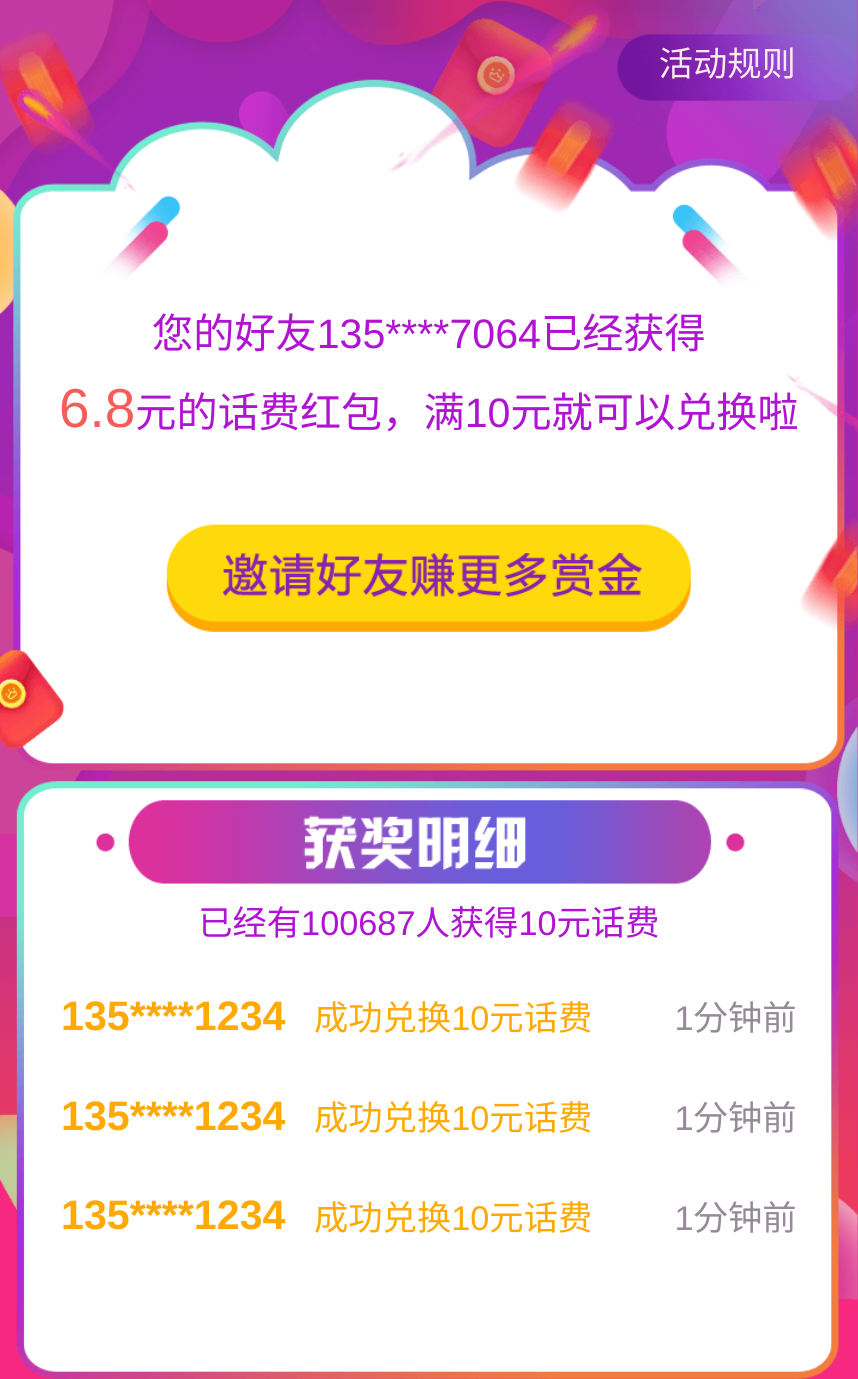
Repository: wangbiaozy/hb
Page: index_hjmx.html
An editor plug-in stored every save of this project. The page is shown before and after the next save, followed by the edit.
The browser window is 1280 px wide. The pictures show the whole page, at 67% of full size.

Above is the page before, as saved 2018-08-16 16:38:38.

### index_hjmx.html
<!DOCTYPE html>
<html lang="en">
<head>
    <meta charset="UTF-8">
    <meta name="viewport" content="width=device-width, initial-scale=1.0, maximum-scale=1.0, minimum-scale=1.0, user-scalable=no, viewport-fit=cover">
    <meta http-equiv="X-UA-Compatible" content="ie=edge">
    <title>Document</title>
    <link rel="stylesheet" href="css/reset.min.css">
    <link rel="stylesheet/less" href="css/styles_1.less">
    <script src="js/less-1.7.0.min.js"></script>
</head>
<body>
    <section class="main">
        <a id="rule_btn" href="javascript:void(0)">活动规则</a>
        <!-- 获奖明细页 -->
        <div class="detail">
            <p>您的好友<span>135****7064</span>已经获得<br><i>6.8</i>元的话费红包，满10元就可以兑换啦</p>
            <a href="javascript:void(0)"></a>
            <p>已经有<span>100687</span>人获得10元话费</p>
            <div class="activity" id="J_Activity">
                <ul>
                    <li>
                        <h3>135****1234</h3>
                        <p>成功兑换10元话费</p>
                        <span>1分钟前</span>
                    </li>
                    <li>
                        <h3>135****1234</h3>
                        <p>成功兑换10元话费</p>
                        <span>1分钟前</span>
                    </li>
                    <li>
                        <h3>135****1234</h3>
                        <p>成功兑换10元话费</p>
                        <span>1分钟前</span>
                    </li>
                    <li>
                        <h3>135****1234</h3>
                        <p>成功兑换10元话费</p>
                        <span>1分钟前</span>
                    </li>
                </ul>
            </div>
        </div>
    </section>

    <!-- 活动规则弹窗 -->
    <section class="rule">
        <a href="javascript:void(0)"></a>
        <ul>
            <li>1.活动期间，用户通过10086App开屏页，首页轮播图进入活动，领取10元的话费红包。自己可拆开随机金，剩余金额需分享并邀请好友帮忙拆开，每位可帮忙拆开随机金额，全部拆完即可兑换话费。</li>
            <li>2.邀请拆  红包的好友需为新注册10086App的用户，好友在活动页面输入邀请人的邀请码才能成功帮好友拆开红包，好友帮助拆开红包后同时可获得一个话费红包。</li>
            <li>3.用户需在当前红包全部拆完后，才可开启下一个红包。</li>
            <li>4.活动期间一经发现违规等恶意操作等作弊行为将取消获奖资格。</li>
            <li>5.活动期间，用户需持续下载并的登陆110086App，否则话费奖品无法发放。</li>
        </ul>
        <a href="javascript:void(0)"></a>
    </section>
    <!-- 遮罩层 -->
    <section class="mask" id="mask"></section>
</body>
</html>
<script src="js/jquery-1.10.1.min.js"></script>
<script src="js/index.js"></script>

### css/reset.min.css
@charset "utf-8";
/*默认样式清除和初始化*/
body,h1,h2,h3,h4,h5,h6,hr,p,blockquote,dl,dt,dd,ul,ol,li,button,input,textarea,th,td{margin:0;padding:0}body{font-size:12px;font-style:normal;font-family:"\5FAE\8F6F\96C5\9ED1",Helvetica,sans-serif}small{font-size:12px}h1{font-size:18px}h2{font-size:16px}h3{font-size:14px}h4,h5,h6{font-size:100%}ul,ol{list-style:none}a{text-decoration:none;background-color:transparent}a:hover,a:active{outline-width:0;text-decoration:none}table{border-collapse:collapse;border-spacing:0}hr{border:0;height:1px}img{border-style:none}img:not([src]){display:none}svg:not(:root){overflow:hidden}html{-webkit-touch-callout:none;-webkit-text-size-adjust:100%}input,textarea,button,a{-webkit-tap-highlight-color:rgba(0,0,0,0)}article,aside,details,figcaption,figure,footer,header,main,menu,nav,section,summary{display:block}audio,canvas,progress,video{display:inline-block}audio:not([controls]),video:not([controls]){display:none;height:0}progress{vertical-align:baseline}mark{background-color:#ff0;color:#000}sub,sup{position:relative;font-size:75%;line-height:0;vertical-align:baseline}sub{bottom:-0.25em}sup{top:-0.5em}button,input,select,textarea{font-size:100%;outline:0}button,input{overflow:visible}button,select{text-transform:none}textarea{overflow:auto}button,html [type="button"],[type="reset"],[type="submit"]{-webkit-appearance:button}button::-moz-focus-inner,[type="button"]::-moz-focus-inner,[type="reset"]::-moz-focus-inner,[type="submit"]::-moz-focus-inner{border-style:none;padding:0}button:-moz-focusring,[type="button"]:-moz-focusring,[type="reset"]:-moz-focusring,[type="submit"]:-moz-focusring{outline:1px dotted ButtonText}[type="checkbox"],[type="radio"]{box-sizing:border-box;padding:0}[type="number"]::-webkit-inner-spin-button,[type="number"]::-webkit-outer-spin-button{height:auto}[type="search"]{-webkit-appearance:textfield;outline-offset:-2px}[type="search"]::-webkit-search-cancel-button,[type="search"]::-webkit-search-decoration{-webkit-appearance:none}::-webkit-input-placeholder{color:inherit;opacity:.54}::-webkit-file-upload-button{-webkit-appearance:button;font:inherit}.clear:after{display:block;height:0;content:"";clear:both}
*{ -webkit-tap-highlight-color: rgba(0,0,0,0);-webkit-tap-highlight-color: transparent; /* For some Androids */ }

### js/index.js
(function (doc, win) {
    var docEl = doc.documentElement,
        resizeEvt = 'orientationchange' in window ? 'orientationchange' : 'resize',
        recalc = function () {
            var clientWidth = docEl.clientWidth;
            if (!clientWidth) return;
            docEl.style.fontSize = 100 * (clientWidth / 750) + 'px';
        };
    if (!doc.addEventListener) return;
    win.addEventListener(resizeEvt, recalc, false);
    doc.addEventListener('DOMContentLoaded', recalc, false);
})(document, window);
$(function () {

    //显示非中奖页背景
    function showFirstPageBg(){
        $('.main').removeClass('result');
    }
    //显示中奖页背景
    function showResultPageBg(){
        $('.main').addClass('result');
    }
    //显示活动规则弹窗
    $('#rule_btn').on('click',function(){
        $('.rule').show();
        showMask();
    });
    //关闭活动规则弹窗
    function hideRuleModel(){
        $('.rule').hide();
        hideMask();
    }
    $('.rule').on('click','a',function(){
        hideRuleModel();
    });
    //首页赚钱攻略按钮
    $('#gl_btn').on('click',function(){
        $('.gl').show();
        showMask();
    })
    //首页抽红包按钮
    $('#cj').on('click',function(){
        //奖品金额随机数
        var num = (Math.random()*9+1).toFixed(2);
        $('#moneyText').text(num);
        $('.result').show();
        $('.f_page').hide();
        showResultPageBg();
    });

    //获奖页获奖名单滚动
    var listPanel = $('#J_Activity ul');
    var z = 0;
    function up() {
        listPanel.animate({
            'top': (z - 42) + 'px'
        }, 1500, 'linear', function () {
            listPanel.css({'top': '0px'}).find("li:first").appendTo(listPanel);
            up();
        });
    }
    up();

    //显示弹窗
    function showModel(){
        $('.model').show();
        showMask();
    }

    //关闭弹窗
    $('.close').on('click',function(){
        $(this).parent().parent().hide();
        hideMask();
    });
    //显示遮罩层
    function showMask(){
        $("#mask").css("height",$(document).height());
        $("#mask").css("width",$(document).width());
        $("#mask").show();
        $('body').css('position','fixed');
    }
    //隐藏遮罩层
    function hideMask(){
        $("#mask").hide();
        $('body').css('position','unset');
    }
});

Loaded but not shown: js/less-1.7.0.min.js (library); js/jquery-1.10.1.min.js (library)

After the next save:
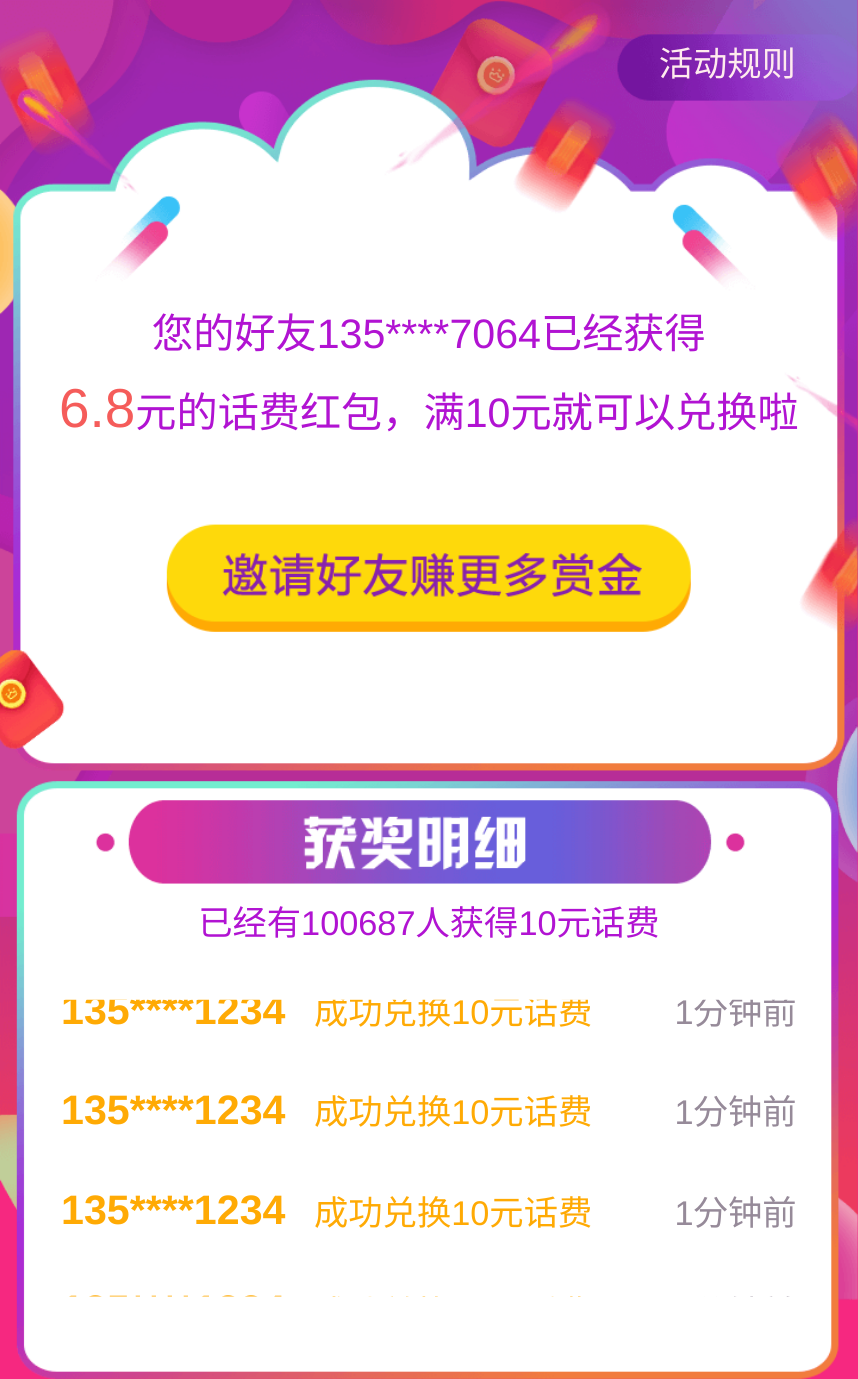
Saved 88 s later.
--- a/js/index.js
+++ b/js/index.js
@@ -53,7 +53,7 @@ $(function () {
     var z = 0;
     function up() {
         listPanel.animate({
-            'top': (z - 42) + 'px'
+            'top': (z - .4) + 'rem'
         }, 1500, 'linear', function () {
             listPanel.css({'top': '0px'}).find("li:first").appendTo(listPanel);
             up();
